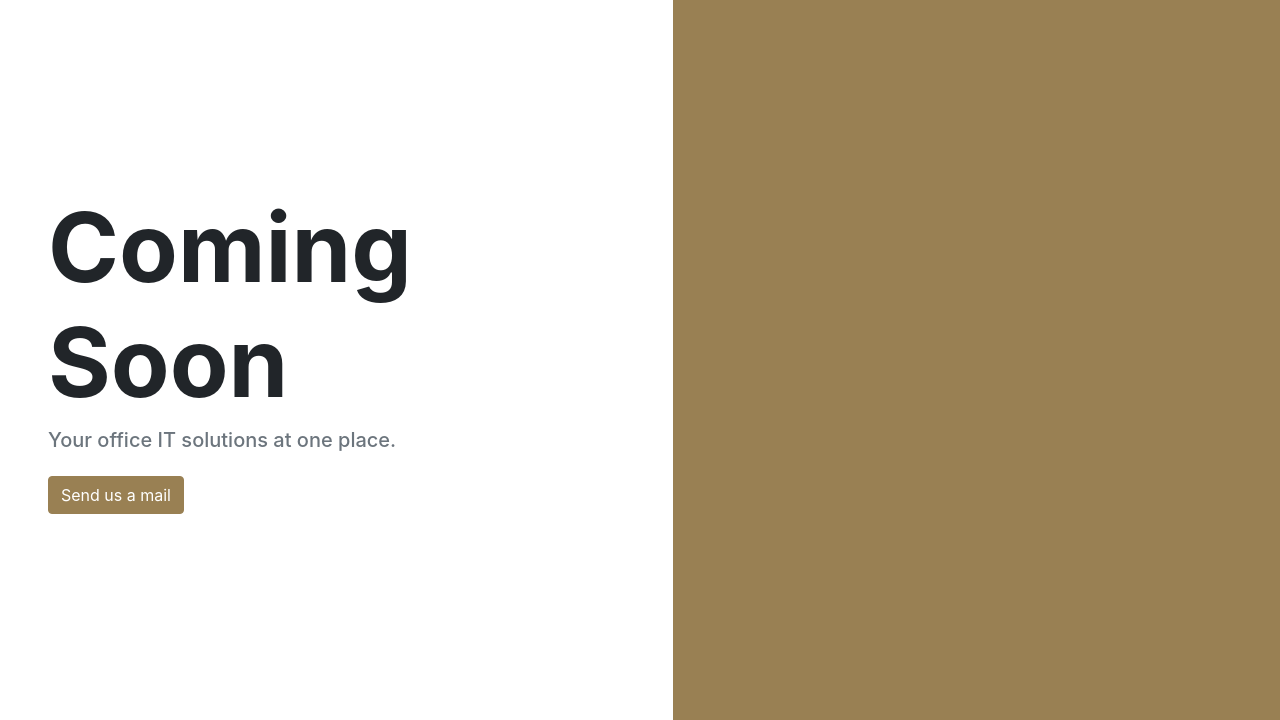
Repository: Thekxgh/website
Page: /
The author's editor kept a copy of each file at every save. The page is drawn from the files as they stood at one save, then again after the next save.
The browser window is 1280 px wide. The pictures show the whole page.
The project was rebuilt for these pictures with package versions that can differ from the ones it lists, and the page was loaded fresh each time.

Above is the page before, as saved 2021-07-14 09:39:59.

After the next save:
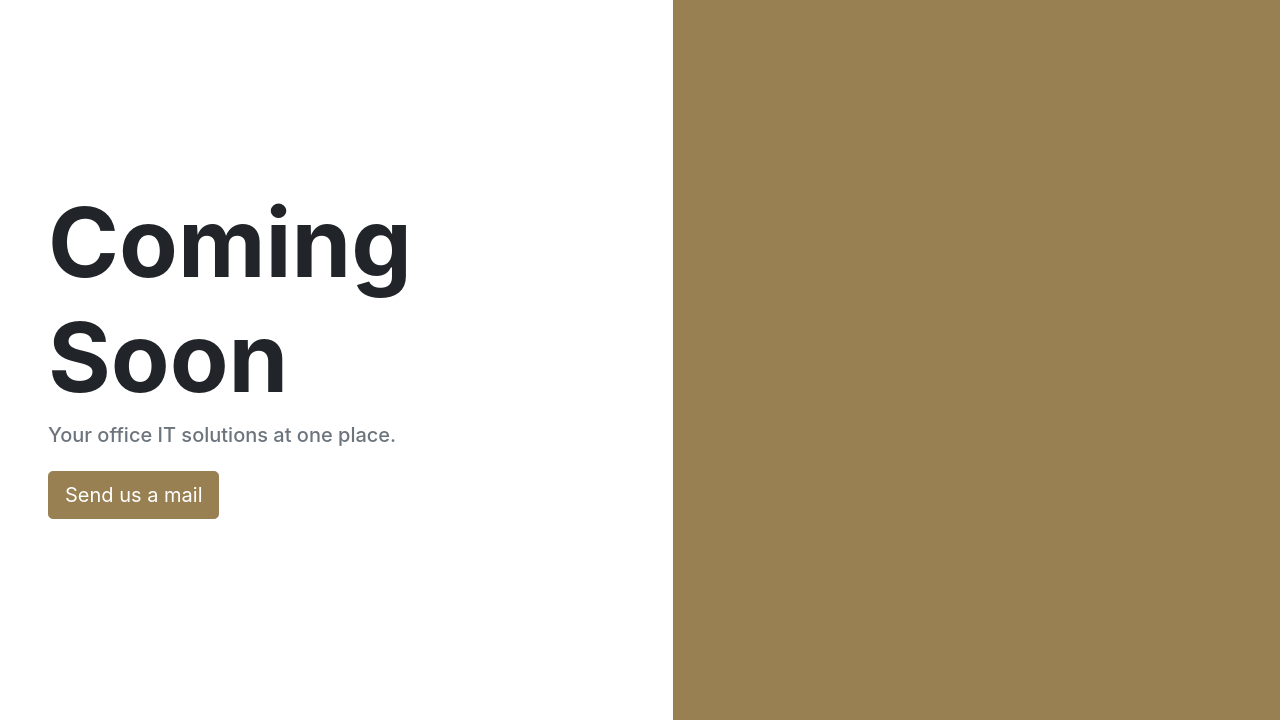
Saved 8 s later.
--- a/src/presentation/LandingPage.tsx
+++ b/src/presentation/LandingPage.tsx
@@ -7,7 +7,7 @@ export const LandingPage = () => {
             <Col className="p-5">
                 <h1 className="display-1 font-weight-bold">Coming Soon</h1>
                 <h5 className="text-muted">Your office IT solutions at one place.</h5>
-                <a className="btn btn-primary my-3" href="mailto:contact@thekxgh.com"> Send us a mail</a>
+                <a className="btn btn-primary btn-lg my-3" href="mailto:contact@thekxgh.com"> Send us a mail</a>
             </Col>
             <Col className="bg-primary min-vh-100">
 
